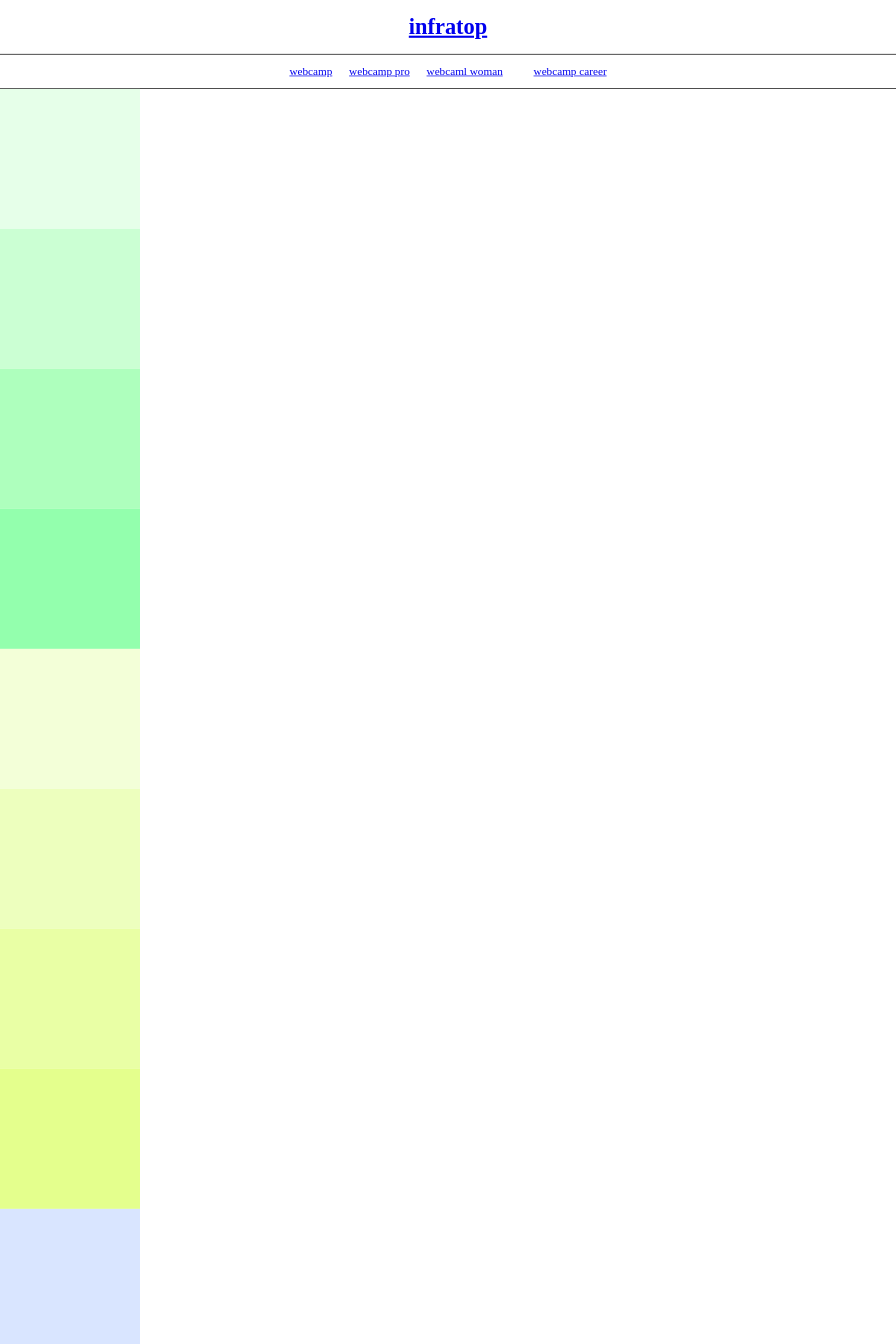
Repository: TsuKou/MainContents
Page: chapter5/index5.html
The author's editor kept a record of every edit. The page is drawn from the files as they stood at one moment, then again after the next edit.
The browser window is 1280 px wide. The pictures show the part of the page from y = 0 to 1920 px (the page is 2647 px tall before and 947 px after), at 70% of full size.

Above is the page before.

### chapter5/index5.html
<!DOCTYPE html>
<html lang="ja">
  <head>
    <meta charset="UTF-8" />
    <link rel="stylesheet" href="style5.css" />
    <title>infratop</title>
  </head>

<body>
  <header>
    <h1 class="heading">
      <a href="index5.html">
        infratop
      </a>
    </h1>
  </header>

<nav>
  <ul class="nav-list">
    <li class="nav-list-item">
      <a href="https://web-camp.io/">webcamp</a>
    </li
    <li class="nav-list-item">
      <a href="https://web-camp.io/commit/">webcamp pro</a>
    </li>
    <li class="nav-list-item">
      <a href="https://web-camp.io/">webcaml woman</a>
    </li>
    <li class="nav-list-item">
      <a href="https://web-camp.io/commit/">webcamp career</a>
    </li>
  </ul>
</nav>

<main>
  <div class="color-box1"></div>
  <div class="color-box2"></div>
  <div class="color-box3"></div>
  <div class="color-box4"></div>
  <div class="color-box5"></div>
  <div class="color-box6"></div>
  <div class="color-box7"></div>
  <div class="color-box8"></div>
  <div class="color-box9"></div>
  <div class="color-box10"></div>
  <div class="color-box11"></div>
  <div class="color-box12"></div>
</main>

<footer>
  <p class="footer-text">© All rights reserved by Infratop.Inc.</p>
</footer>

</body>

### chapter5/style5.css
* {
  margin: 0;
  padding: 0;
  box-sizing: border-box;
}

header {
  width: 100%;
  padding: 20px 0;
  text-align: center;
}

.nav-list {
  text-align: center;
  padding: 15px 0;
  margin: 0 auto;
  border-top: 1px solid #000000;
  border-bottom: 1px solid #000000;
}

.nav-list-item {
  list-style: none;
  display: inline-block;
  margin: 0 20px;
}

.main {
  width: 800px;
  margin: 50px auto;
  display: flex;
  flex-wrap: wrap;
}

.color-box1 {
  width: 200px;
  height: 200px;
  background-color: #e6ffe9;
}

.color-box2 {
  width: 200px;
  height: 200px;
  background-color: #cbffd3;
}

.color-box3 {
  width: 200px;
  height: 200px;
  background-color: #aeffbd;
}

.color-box4 {
  width: 200px;
  height: 200px;
  background-color: #93ffad;
}

.color-box5 {
  width: 200px;
  height: 200px;
  background-color: #f3ffd8;
}

.color-box6 {
  width: 200px;
  height: 200px;
  background-color: #edffbe;
}

.color-box7 {
  width: 200px;
  height: 200px;
  background-color: #e9ffa5;
}

.color-box8 {
  width: 200px;
  height: 200px;
  background-color: #e4ff8d;
}

.color-box9 {
  width: 200px;
  height: 200px;
  background-color: #d9e5ff;
}

.color-box10 {
  width: 200px;
  height: 200px;
  background-color: #bad3ff;
}

.color-box11 {
  width: 200px;
  height: 200px;
  background-color: #a4c6ff;
}

.color-box12 {
  width: 200px;
  height: 200px;
  background-color: #8eb8ff;
}

footer {
  width: 100%;
  height: 120px;
  text-align: center;
  line-height: 120px;
  background-color: #848282;
}

.footer-text {
  color: #fff
}

After the next edit:
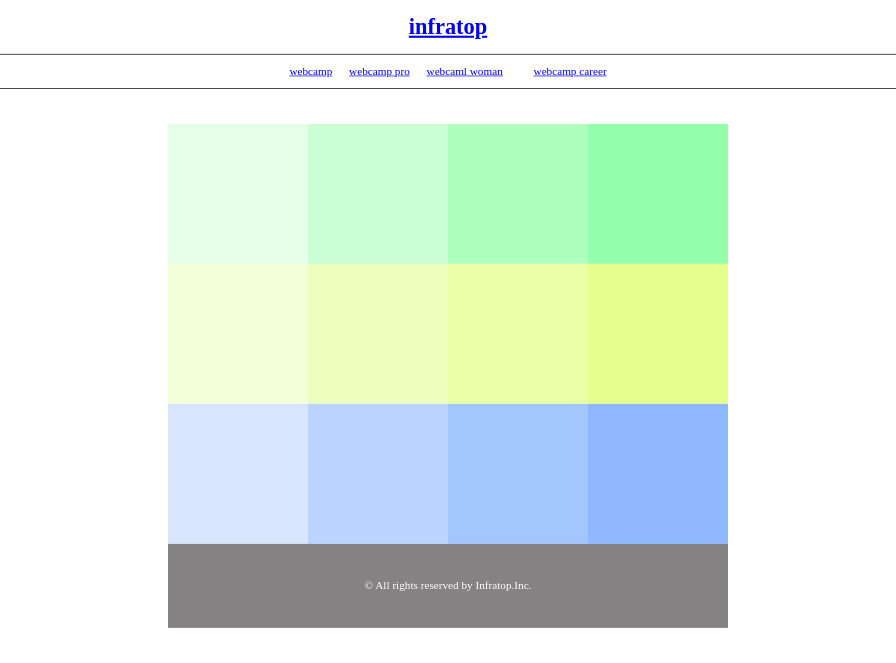
The edit:
--- a/chapter5/index5.html
+++ b/chapter5/index5.html
@@ -32,7 +32,7 @@
   </ul>
 </nav>
 
-<main>
+<div class="main">
   <div class="color-box1"></div>
   <div class="color-box2"></div>
   <div class="color-box3"></div>
